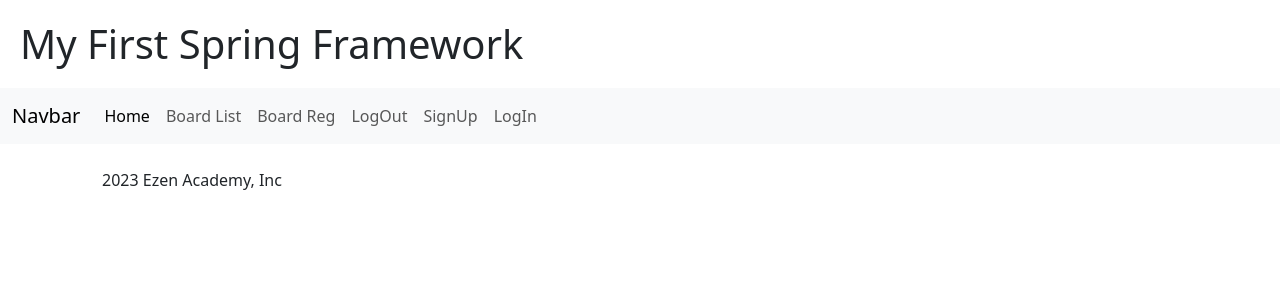
Repository: dhalfks/240115SpringProject
Page: http://localhost/spring_test2/WEB-INF/views/member/login.jsp
The author's editor kept a copy of each file at every save. The page is drawn from the files as they stood at one save, then again after a run of saves.
The browser window is 1280 px wide. The pictures show the whole page.
The page is served by Tomcat 9. Nobody is signed in. Other server files are loaded and not shown. The template is opened directly, without the code that normally fills it, so the values that code supplies are empty.

Above is the page before, as saved 2024-01-15 01:07:34.

### spring_test2/src/main/webapp/WEB-INF/views/member/login.jsp
<%@ page language="java" contentType="text/html; charset=UTF-8"
    pageEncoding="UTF-8"%>
<%@ taglib prefix="c" uri="http://java.sun.com/jsp/jstl/core" %>

<jsp:include page="../layout/header.jsp" />
<jsp:include page="../layout/nav.jsp" />






<jsp:include page="../layout/footer.jsp" />

### spring_test2/src/main/webapp/WEB-INF/views/layout/header.jsp
<%@ page language="java" contentType="text/html; charset=UTF-8"
    pageEncoding="UTF-8"%>
    <%@ taglib uri="http://java.sun.com/jsp/jstl/core" prefix="c"%>
<!DOCTYPE html>
<html>
<head>
<meta charset="UTF-8">
<title>Insert title here</title>
<link href="https://cdn.jsdelivr.net/npm/bootstrap@5.3.1/dist/css/bootstrap.min.css" rel="stylesheet" integrity="sha384-4bw+/aepP/YC94hEpVNVgiZdgIC5+VKNBQNGCHeKRQN+PtmoHDEXuppvnDJzQIu9" crossorigin="anonymous">
<script src="https://cdn.jsdelivr.net/npm/bootstrap@5.3.1/dist/js/bootstrap.bundle.min.js" integrity="sha384-HwwvtgBNo3bZJJLYd8oVXjrBZt8cqVSpeBNS5n7C8IVInixGAoxmnlMuBnhbgrkm" crossorigin="anonymous"></script>
<style type="text/css">
h1, p, h3, form{
margin: 20px;
}
</style>
</head>

<body>
<h1>My First Spring Framework</h1>

### spring_test2/src/main/webapp/WEB-INF/views/layout/nav.jsp
<%@ page language="java" contentType="text/html; charset=UTF-8"
    pageEncoding="UTF-8"%>
<%@ taglib uri="http://java.sun.com/jsp/jstl/core" prefix="c"%>

<header>
	<nav class="navbar navbar-expand-lg bg-body-tertiary">
  <div class="container-fluid">
    <a class="navbar-brand" href="/">Navbar</a>
    <button class="navbar-toggler" type="button" data-bs-toggle="collapse" data-bs-target="#navbarSupportedContent" aria-controls="navbarSupportedContent" aria-expanded="false" aria-label="Toggle navigation">
      <span class="navbar-toggler-icon"></span>
    </button>
    <div class="collapse navbar-collapse" id="navbarSupportedContent">
      <ul class="navbar-nav me-auto mb-2 mb-lg-0">
        <li class="nav-item">
          <a class="nav-link active" aria-current="page" href="/">Home</a>
        </li>
        <li class="nav-item">
          <a class="nav-link" href="/board/list">Board List</a>
        </li>

		<li class="nav-item">
		    <a class="nav-link" href="/board/register">Board Reg</a>
		</li>

        <li class="nav-item">
	        <a class="nav-link" href="">LogOut</a>
        </li>
        <li class="nav-item">
          <a class="nav-link" href="/member/register">SignUp</a>
        </li>
        <li class="nav-item">
          <a class="nav-link" href="">LogIn</a>
        </li>

      </ul>

    </div>
  </div>
</nav>
</header>

### spring_test2/src/main/webapp/WEB-INF/views/layout/footer.jsp
<%@ page language="java" contentType="text/html; charset=UTF-8"
    pageEncoding="UTF-8"%>
    <%@ taglib uri="http://java.sun.com/jsp/jstl/core" prefix="c"%>

<div class="container my-4">
	<p>2023 Ezen Academy, Inc</p>
</div>
</body>
</html>

After the next 2 saves:
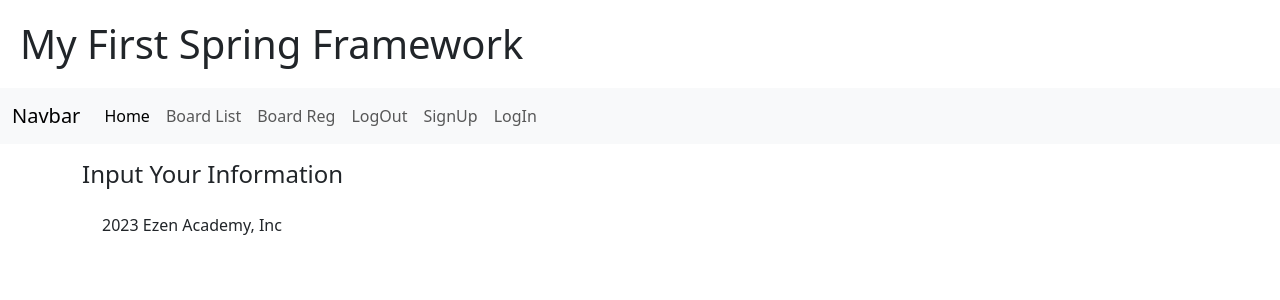
The 2 saves are shown as one change because they came seconds apart.
The last was saved 12 s later.
--- a/spring_test2/src/main/webapp/WEB-INF/views/member/login.jsp
+++ b/spring_test2/src/main/webapp/WEB-INF/views/member/login.jsp
@@ -4,10 +4,9 @@
 
 <jsp:include page="../layout/header.jsp" />
 <jsp:include page="../layout/nav.jsp" />
+<div class="container my-3">
+<h4 class="mb-3">Input Your Information</h4>
 
-
-
-
-
+</div>
 
 <jsp:include page="../layout/footer.jsp" />
